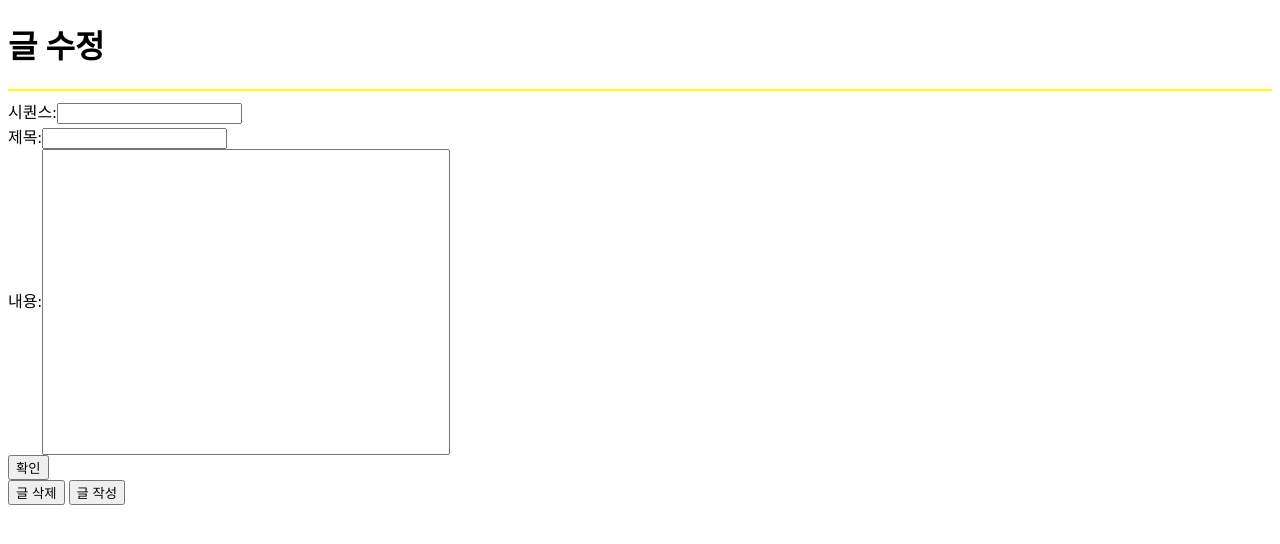
Repository: Yusubin/workEx
Page: spring00/build/classes/web/modifyForm.html
These files come from the project's save history. The page is drawn as it stood at one moment and after the next save; the edit follows.
The browser window is 1280 px wide. The pictures show the whole page.

Above is the page before, as saved 2022-02-15 02:59:16.

After the next save:
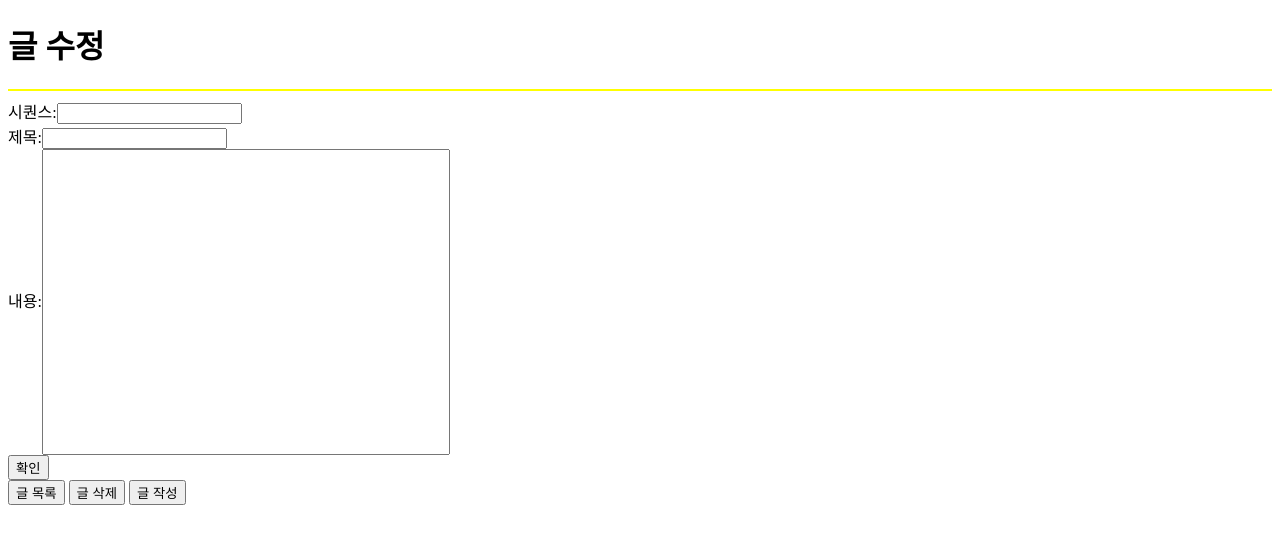
Saved 4 min 16 s later.
--- a/spring00/build/classes/web/modifyForm.html
+++ b/spring00/build/classes/web/modifyForm.html
@@ -17,6 +17,7 @@
 	내용:<input type="text" name="content" style="width:400px; height:300px"><br>
 	<button>확인</button>
 	</form>
+	<button onclick="location = 'boardList.jsp';">글 목록</button>
 	<button onclick="location = 'deleteForm.html';">글 삭제</button>
 	<button onclick="location = 'index.html';">글 작성</button>
 </body>
